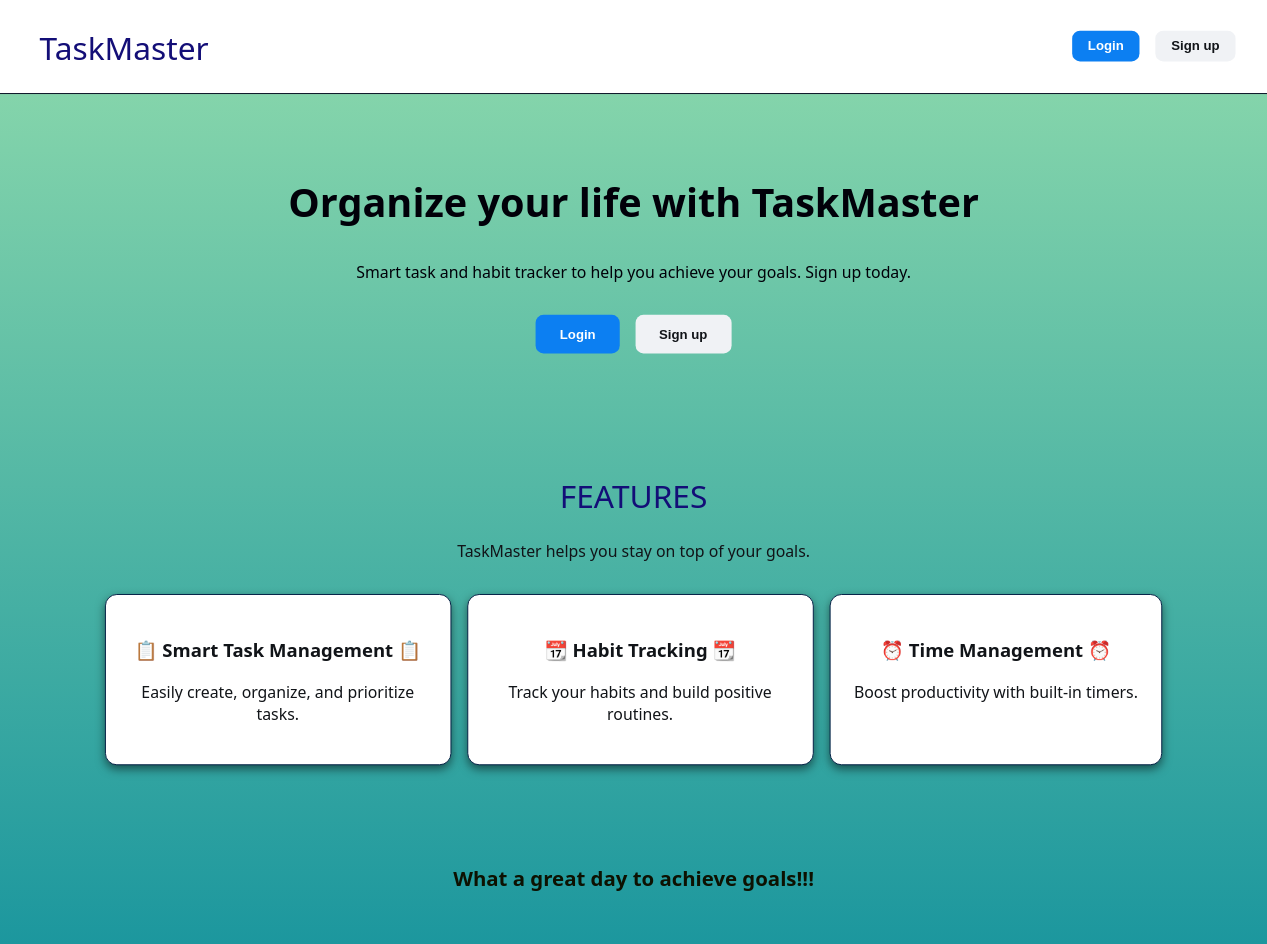
Repository: RachelB9913/smart-task-and-habit-tracker
Page: /
These files come from the project's save history. The page is drawn as it stood at one moment and after the next save; the edit follows.
The browser window is 1280 px wide. The pictures show the whole page, at 99% of full size.
The pointer rests on the first visible `.hero-actions button:first-child`.
The project was rebuilt for these pictures with package versions that can differ from the ones it lists, and the page was loaded fresh each time. Also part of the build but not shown: src/services/api.js, src/components/Login.js, src/components/Auth.css, src/components/Register.js, src/components/DashBoard.js.

Above is the page before, as saved 2025-06-18 18:51:07.

After the next save:
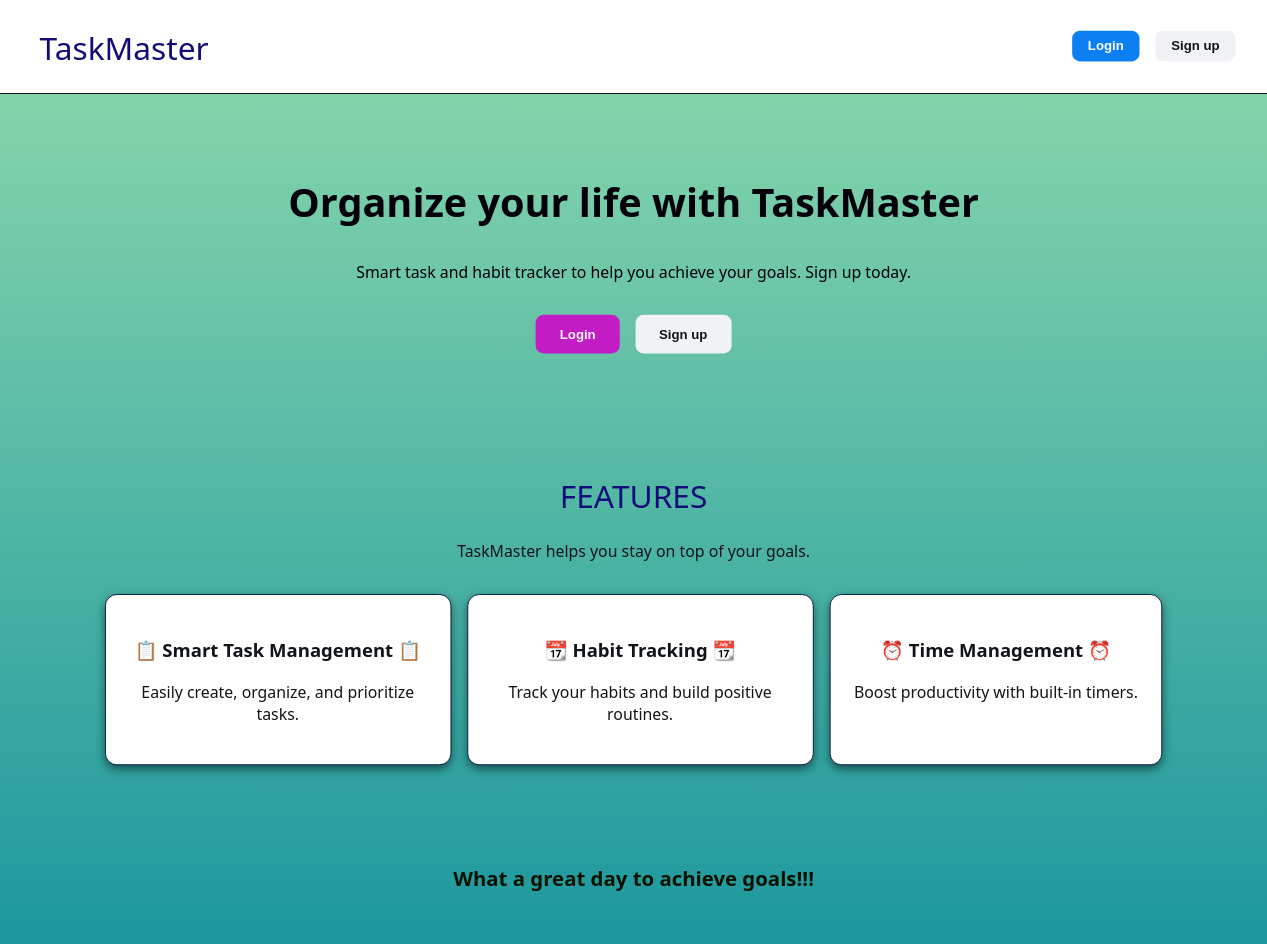
Saved 25 s later.
--- a/src/App.css
+++ b/src/App.css
@@ -147,6 +147,11 @@ h2 {
   color: white;
 }
 
+.hero-actions button:first-child:hover {
+  background-color: #c41cc4;
+  color: white;
+}
+
 .hero-actions button:last-child {
   background-color: #f0f2f5;
   color: #111418;
